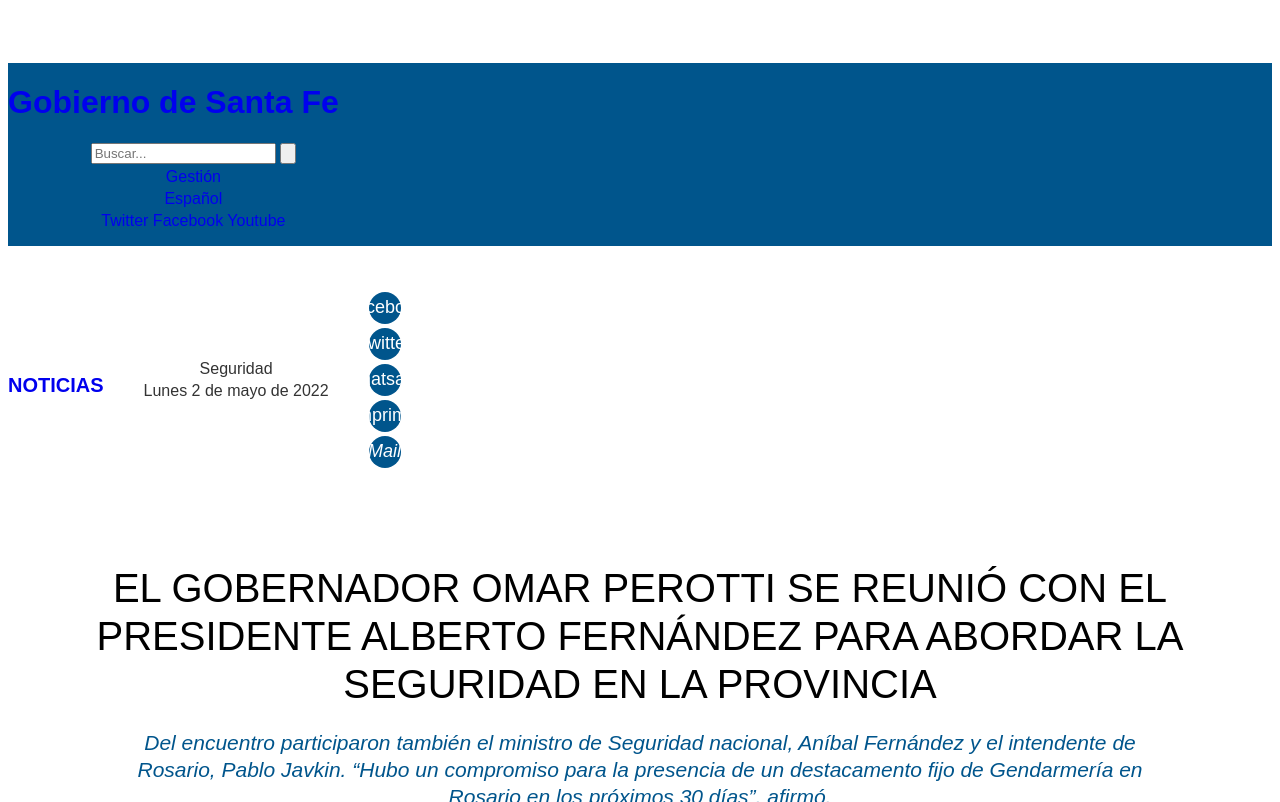
Repository: Larrowo/LPPA
Page: Clase 4/index.html
The author's editor kept a copy of each file at every save. The page is drawn from the files as they stood at one save, then again after the next save.
The browser window is 1280 px wide. The pictures show the part of the page from y = 0 to 802 px (the page is 2853 px tall).
A picture or video elsewhere on the page could not be fetched, so the positions and the page height are approximate.

Above is the page before, as saved 2022-05-03 13:11:39.

After the next save:
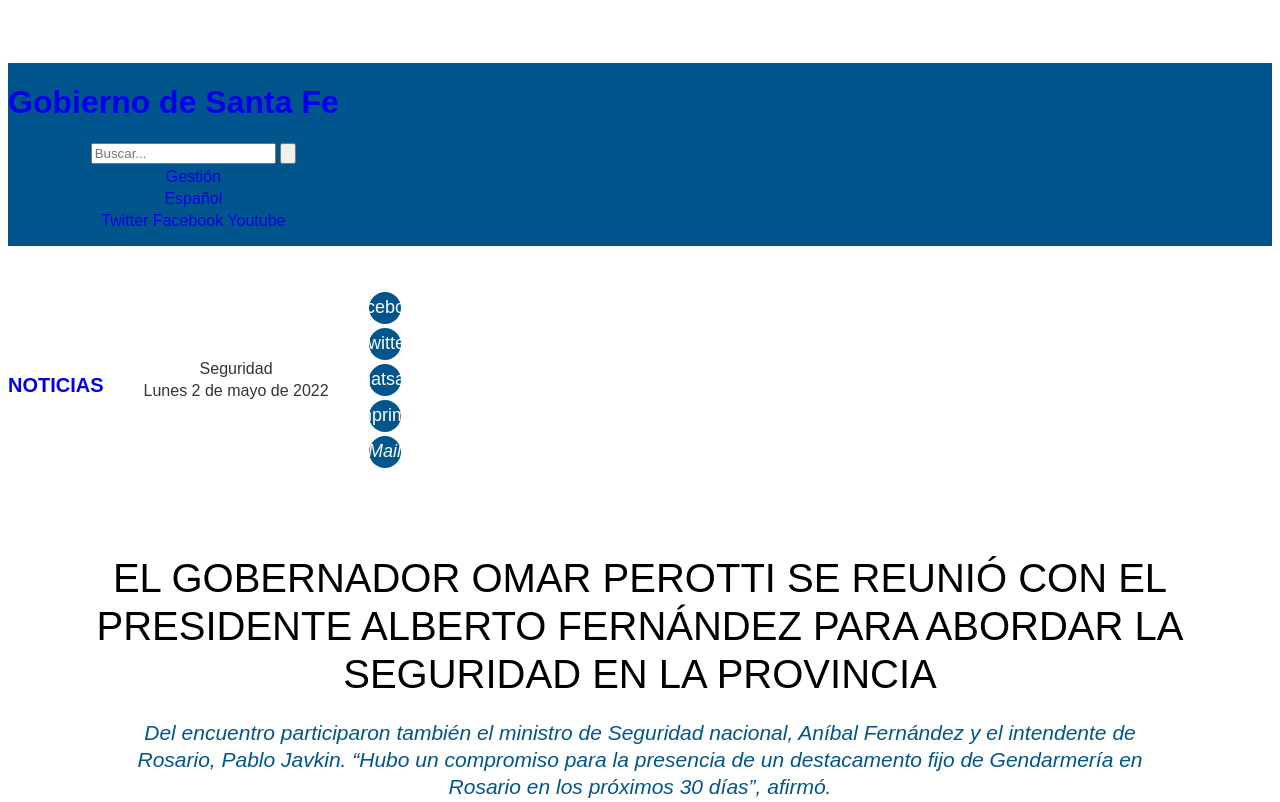
Saved 9 s later.
--- a/Clase 4/style.css
+++ b/Clase 4/style.css
@@ -68,7 +68,7 @@
   font-family: "Poppins", sans-serif;
   font-size: 40px;
   text-align: center;
-  padding-top: 10px;
+  padding-bottom: 10px;
 }
 
 #header-post .title-post {
